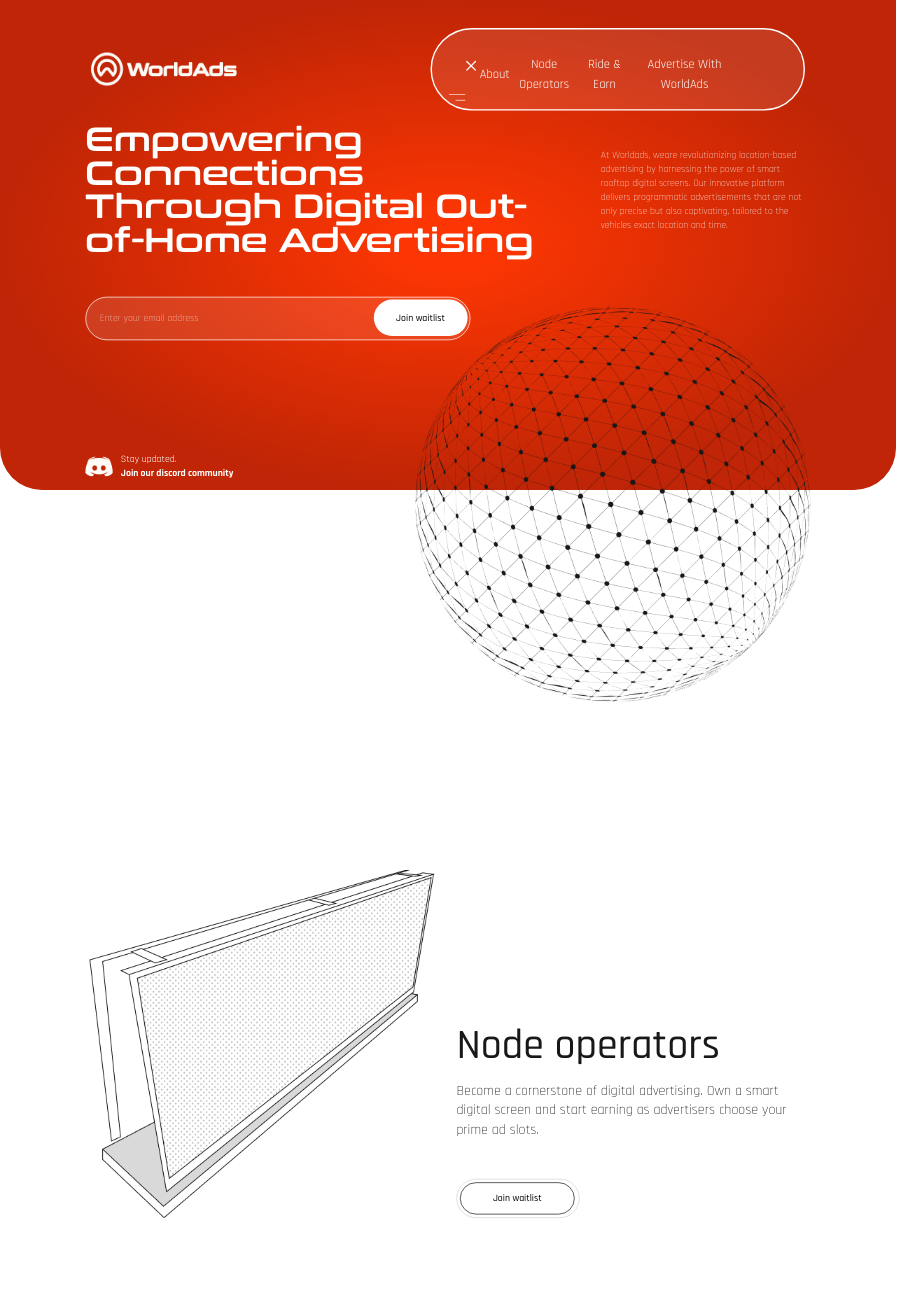
Repository: Abdul-Hannan232/worldAds
Page: /
An editor plug-in stored every save of this project. The page is shown before and after the next save, followed by the edit.
The browser window is 1280 px wide. The page is 1283 px wide, so the pictures cover 1283 px, including what lies to the right of the window. The pictures show the part of the page from y = 0 to 1880 px (the page is 3879 px tall), at 70% of full size.
The project was rebuilt for these pictures with package versions that can differ from the ones it lists, and the page was loaded fresh each time. The framework's server and built-in components were replaced by stand-ins that run in the browser. Also part of the build but not shown: next.config.mjs, app/component/NavContent.jsx.

Above is the page before, as saved 2024-05-10 22:25:07.

After the next save:
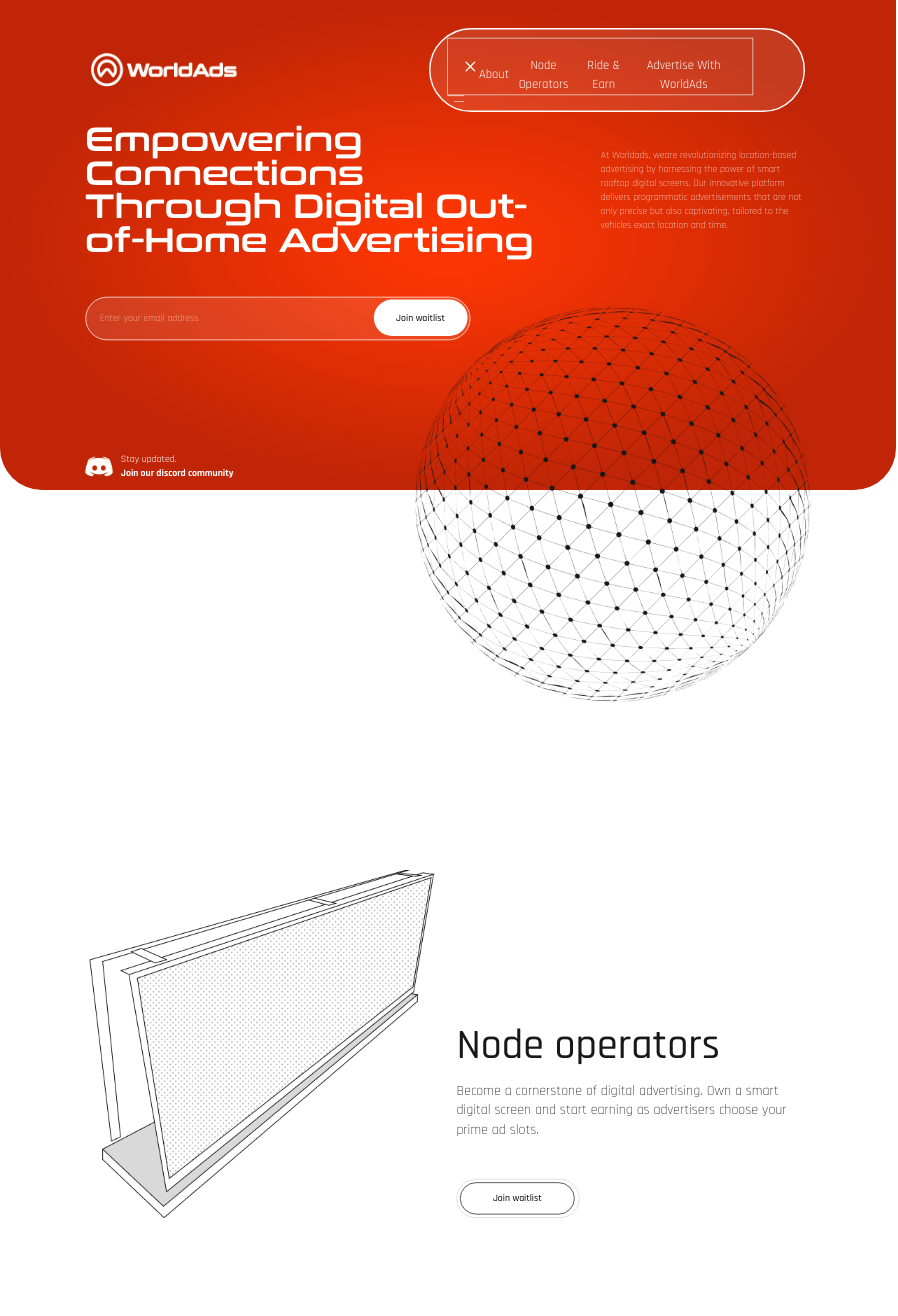
Saved 9 s later.
--- a/app/component/Header.jsx
+++ b/app/component/Header.jsx
@@ -54,7 +54,7 @@ const Header = () => {
                     type="button"
                     onClick={dropDownOpen}
                 >
-                    <div className='w-[90%]'>
+                    <div className='w-[90%] border'>
                         <ul className="px-5 flex items-center space-y-6 text-center text-lg text-white justify-between">
                             <li><RxCross2 className="text-2xl font-bold" /></li>
                             <li><a href="#">About</a></li>
